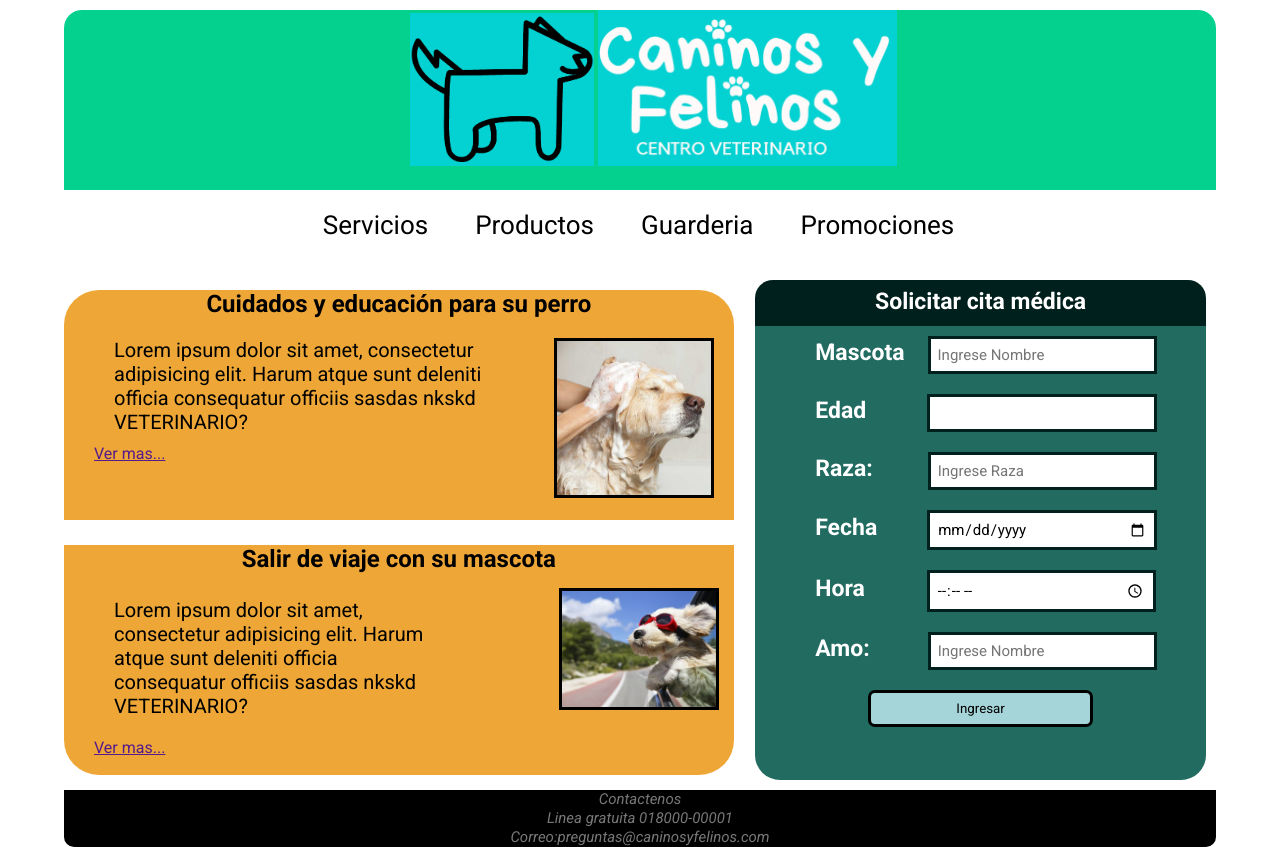
Repository: NickArregoces/Veterinaria
Page: Index.html
An editor plug-in stored every save of this project. The page is shown before and after the next save, followed by the edit.
The browser window is 1280 px wide. The pictures show the whole page.

Above is the page before, as saved 2021-10-08 20:40:21.

### Index.html
<!DOCTYPE html>
<html lang="en">
<head>
    <meta charset="UTF-8">
    <meta http-equiv="X-UA-Compatible" content="IE=edge">
    <meta name="viewport" content="width=device-width, initial-scale=1.0">
    <title>Canicos y felinos</title>
    <link rel="stylesheet" href="/CSS/Style.css">
    <link href="https://fonts.googleapis.com/css2?family=Roboto:ital,wght@0,100;0,300;0,400;0,500;0,700;0,900;1,100;1,300;1,400;1,500;1,700;1,900&display=swap" rel="stylesheet">
    <link rel="preconnect" href="https://fonts.googleapis.com">
    <link rel="preconnect" href="https://fonts.gstatic.com" crossorigin>
    <link href="https://fonts.googleapis.com/css2?family=Abril+Fatface&display=swap" rel="stylesheet">

</head>
<body>
    <div id="head">
        <header>
            <div class="image">
                <img id="logo" src="/Images/Captura de pantalla 2021-10-04 192824.png" alt="logo">

                <img id="text" src="/Images/logo.png" alt="text">
            </div>
        </header>

        <div class="navegador">
            <ul class="menu">
                <li><a href="#">Servicios</a></li>
                <li><a href="#">Productos</a></li>
                <li><a href="#">Guarderia</a></li>
                <li><a href="#">Promociones</a></li>
            </ul>
        </div>

    </div>
        <div id="Contenido">
            <div class="section">

                <form action="" class="cita">
                    <h3 style="color: rgb(255, 255, 255);">Solicitar cita médica</h3>
                        <div class="Mascota">
                            <h4>Mascota<input type="text" placeholder="Ingrese Nombre" required></h4>
                        </div>

                        <div class="Edad">
                            <h4>Edad<input type="number" required></h4>
                        </div>

                        <div class="Raza">
                            <h4>Raza:<input type="text" placeholder="Ingrese Raza" required></h4>
                        </div>
                        <div class="Fecha">
                            <h4>Fecha<input type="date" placeholder="" required></h4>
                        </div>

                        <div class="Hora">
                            <h4>Hora<input type="time" required></h4>
                        </div>

                        <div class="Amo">
                            <h4>Amo:<input type="text" placeholder="Ingrese Nombre" required></h4>
                        </div>

                    <div class="button">
                        <button class="sumbit"> Ingresar </button>
                    </div>

                </form>
            </div>

            <div id="Cuadros">
                <aside>
                    <div class="Cuidados">
                        <h2 style="color: rgb(0, 0, 0);">Cuidados y educación para su perro</h2>

                        <div id="Prueba">
                            <img id="Prueba" src="/Images/credit.png" alt="">


                            <p>Lorem ipsum dolor sit amet, consectetur adipisicing elit.
                                Harum atque sunt deleniti officia consequatur officiis
                                sasdas nkskd VETERINARIO?</p>

                            <div class="vinculo"><a href="">Ver mas...</a></div>
                        </div>

                    </div>

                    <div class="Viajes">
                        <h2 style="color: rgb(0, 0, 0);">Salir de viaje con su mascota</h2>

                        <div id="Prueba">
                            <img id="Prueba" src="/Images/Wallpaper(80).jpg" alt="">

                            <p>Lorem ipsum dolor sit amet, consectetur adipisicing elit.
                            Harum atque sunt deleniti officia consequatur officiis
                            sasdas nkskd VETERINARIO?</p>

                            <div class="vinculo1"><a href="">Ver mas...</a></div>
                        </div>
                    </div>
                </aside>
            </div>

            <div>
                <footer>
                        <p>Contactenos</p>
                        <p>Linea gratuita 018000-00001</p>
                        <p>Correo:preguntas@caninosyfelinos.com</p>
                </footer>
            </div>
        </div>

</body>
</html>

### CSS/Style.css

*{
    margin: 0 auto;
    padding: 0px;
    list-style:none;
    font-family: 'Roboto', sans-serif;
}
body{
    font-family: Arial, Helvetica, sans-serif;
    background: rgb(255, 255, 255);
    width: 90%;
    color: rgb(0, 0, 0);
}
header{
    width: 100%;
    margin-top: 10px;
    background: #04d18d;
    border-top-left-radius:  18px;
    border-top-right-radius:  18px;
    height: 180px;
}
    header .image #logo{
        width: 16%;
        margin-left: 30%;
    }
    header .image  #text{
        width: 26%;
    }
div.navegador{
    text-align: center;
}
    ul.menu{
        border-bottom-left-radius: 20px 20px;
        border-bottom-right-radius: 20px 20px;
        background: 172774;
        height: 80px;
        list-style: none;
        padding: 0;
        max-width: 10000px;
    }
    .menu li a{
        height: 37px;
        font-size: 26px;
        margin-right: 1px;
        text-decoration: none;
        color:black;
        padding: 20px;
        display: table-cell;
    }
    .menu li {
        border-right: solid white;
        display: inline-block;
        }
    .menu li a:hover{
        background: #242323b6;
        color: white;
        }

.section{
    width: 40%;
    float: right;
}
     form{
        background: rgb(33, 107, 97);
        border-radius: 25px;
        margin-top: 10px;
        margin-right:10px;
        margin-bottom: 10px;
        height: 500px;
    }
        form h3{
            font-size: 23px;
            text-align: center;
            background: rgb(0, 32, 29);
            height: 30px;
            padding: 8px;
            border-top-left-radius: 18px;
            border-top-right-radius: 18px;
        }
        form h4{
            font-size: 23px;
            padding: 10px;
            margin-left: 50px;
            color: rgb(255, 255, 255);

        }
        form input{
            font-size: 15px;
            width: 55%;
            padding: 7px;
            display: inline;
            border: solid rgb(0, 32, 29);
            margin-left: 10px;
        }
        div.Mascota input {
            margin-left: 23px;
        }
        div.Edad input {
            margin-left: 61px;
        }
        div.Raza input {
            margin-left: 55px;
        }
        div.Fecha input {
            margin-left: 50px;
        }
        div.Hora input {
            margin-left: 62px;
        }
        div.Amo input {
            margin-left: 58px;
        }
        div.button{
            margin-top: 10px;
            margin: auto;
            text-align: center;
            width: 50%;
            cursor: pointer;
        }
        button{
            margin-top: 10px;
            width: 100%;
            padding: 8px;
            background:#A5D5D8;
            border-radius: 7px;
            border: solid black;
            cursor: pointer;

        }
        button:hover{
            background: #000000b6;
            color: rgb(255, 255, 255);
        }
aside{
    width: 59%;
    height: 500px;
    margin-top: 10px;
    float: left;
    margin-bottom: 10px;
}
    div.Cuidados{
        height: 230px;
        border-top-left-radius: 35px;
        border-top-right-radius: 35px;
        margin-top: 10px;
        margin-right: 10px;
        background:#EEA737;
        overflow:hidden;
    }
    /*Centrado Imagenes aside*/
    #Prueba{
        float: right;
    }
        div.Cuidados h2{
            text-align: center;
        }
        div.Cuidados img {
            margin: 20px;
            width: 23%;
            border: solid black;
        }
        /*Efecto Imagenes aside*/
        div #Prueba img:hover{
            -webkit-transform:scale(0.9);
            transform:scale(0.9);
        }
        div.Cuidados p{
            font-size: 20px;
            margin-top: 20px;
            margin-left: 50px;
            width: 60%;
            display: inline-block;
        }
        div.Cuidados a{
            position: absolute;
            margin-left: 30px;
            margin-top: 10px;
        }

    div.Viajes {
        height: 230px;
        border-bottom-right-radius: 35px;
        border-bottom-left-radius: 35px;
        margin-top: 25px;
        margin-right: 10px;
        background: #EEA737;
        overflow: hidden;
    }
        div.Viajes h2{
            text-align: center;
        }
        div.Viajes img {
            width: 23%;
            margin: 15px;
            border: solid black;
        }
        div.Viajes p{
            font-size: 20px;
            margin-top: 25px;
            margin-left: 50px;
            width: 50%;
            display: inline-block;
        }
        div.vinculo1 a{
            position: absolute;
            margin-left: 30px;
            margin-top: 20px;
        }

footer{
    background: black;
    clear: both;
    border-bottom-left-radius: 10px;
    border-bottom-right-radius: 10px;
}
    footer p{
        font-size: 15px;
        text-align: center;
        line-height: 15px;
        color: rgb(121, 119, 119);
        font-style:italic;
        padding: 2px;
    }

After the next save:
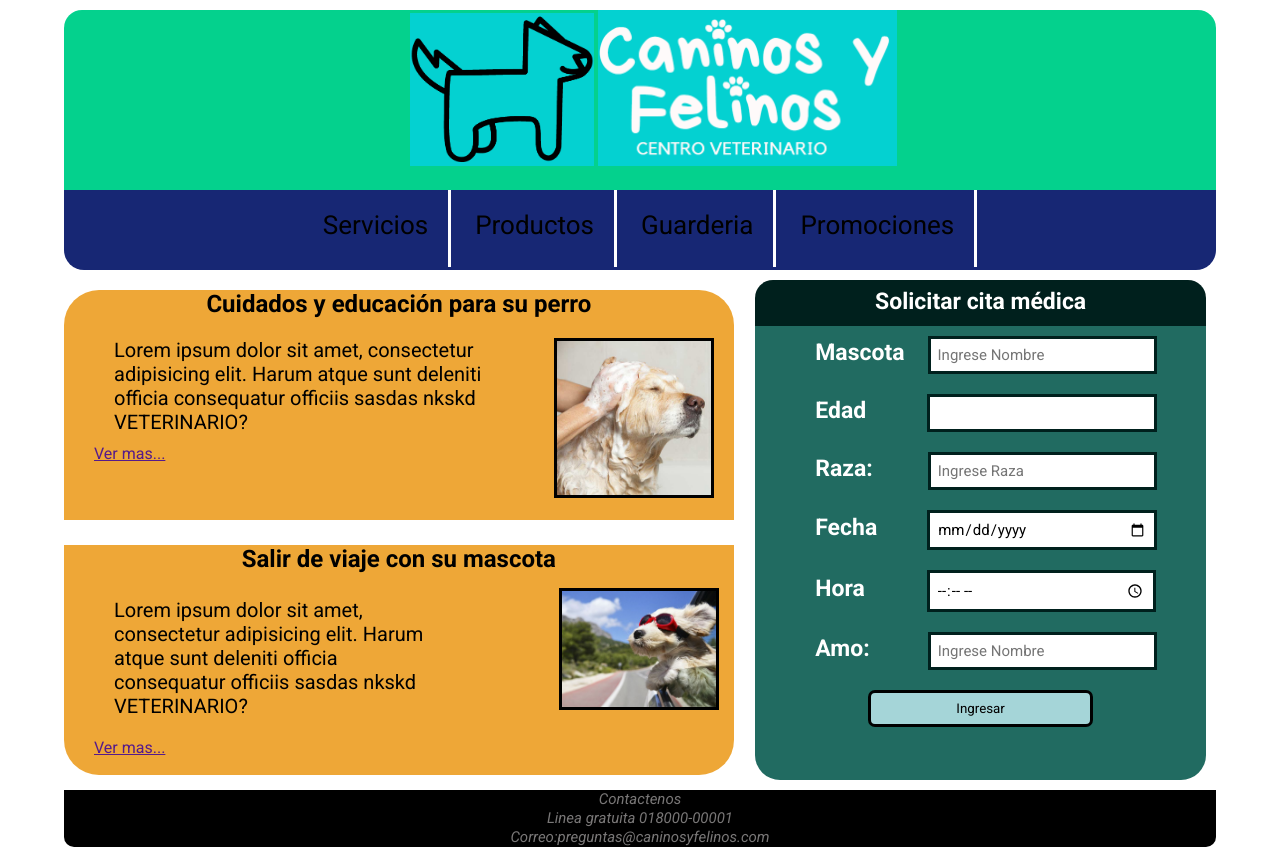
Saved 5 s later.
--- a/CSS/Style.css
+++ b/CSS/Style.css
@@ -32,7 +32,7 @@ div.navegador{
     ul.menu{
         border-bottom-left-radius: 20px 20px;
         border-bottom-right-radius: 20px 20px;
-        background: 172774;
+        background: #172774;
         height: 80px;
         list-style: none;
         padding: 0;
